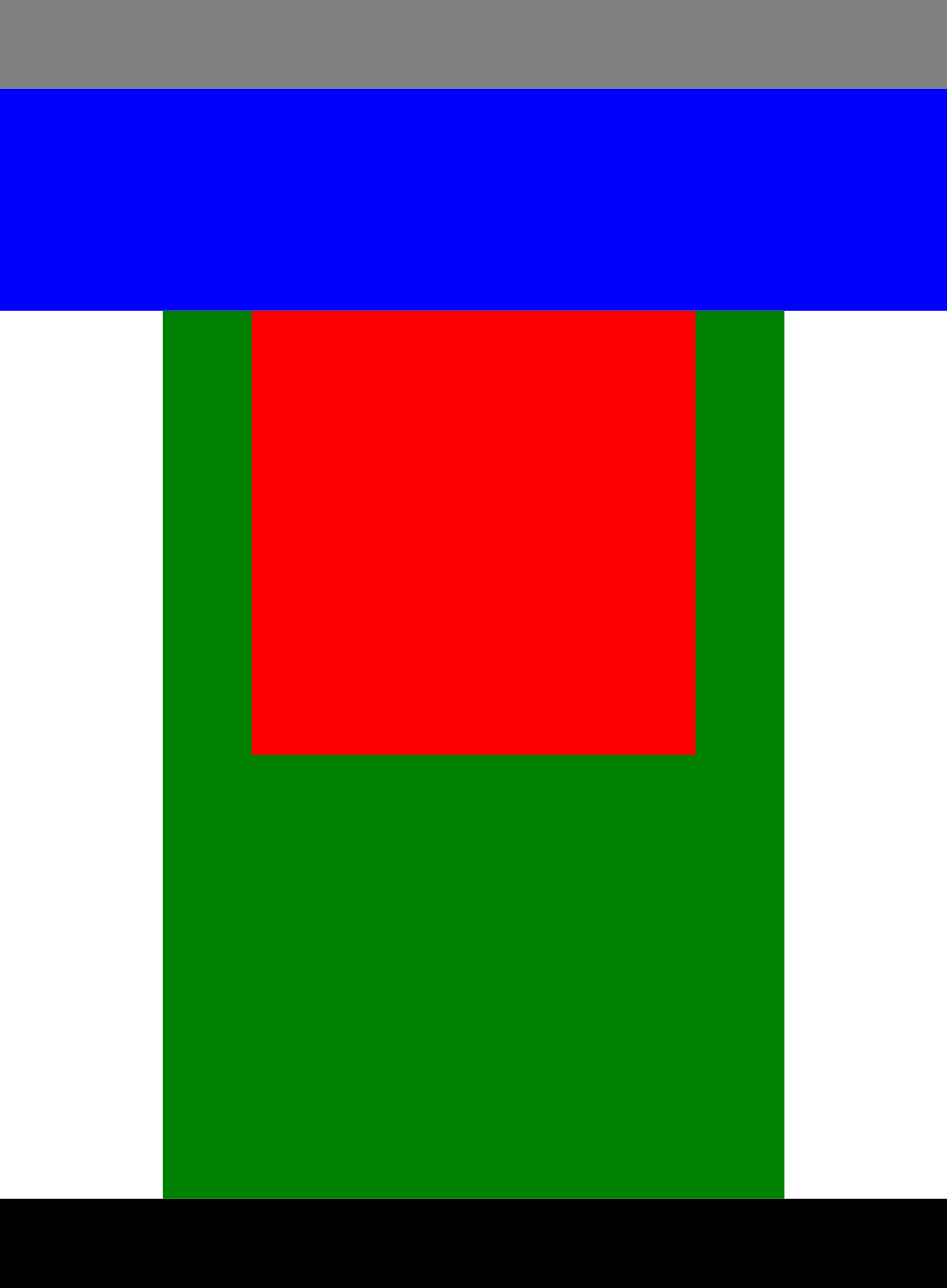
Repository: yukito7878/HTML-CSS-practice
Page: caravan/index.html
The author's editor kept a record of every edit. The page is drawn from the files as they stood at one moment, then again after the next edit.
The browser window is 1280 px wide. The pictures show the whole page, at 74% of full size.

Above is the page before.

After the next edit:
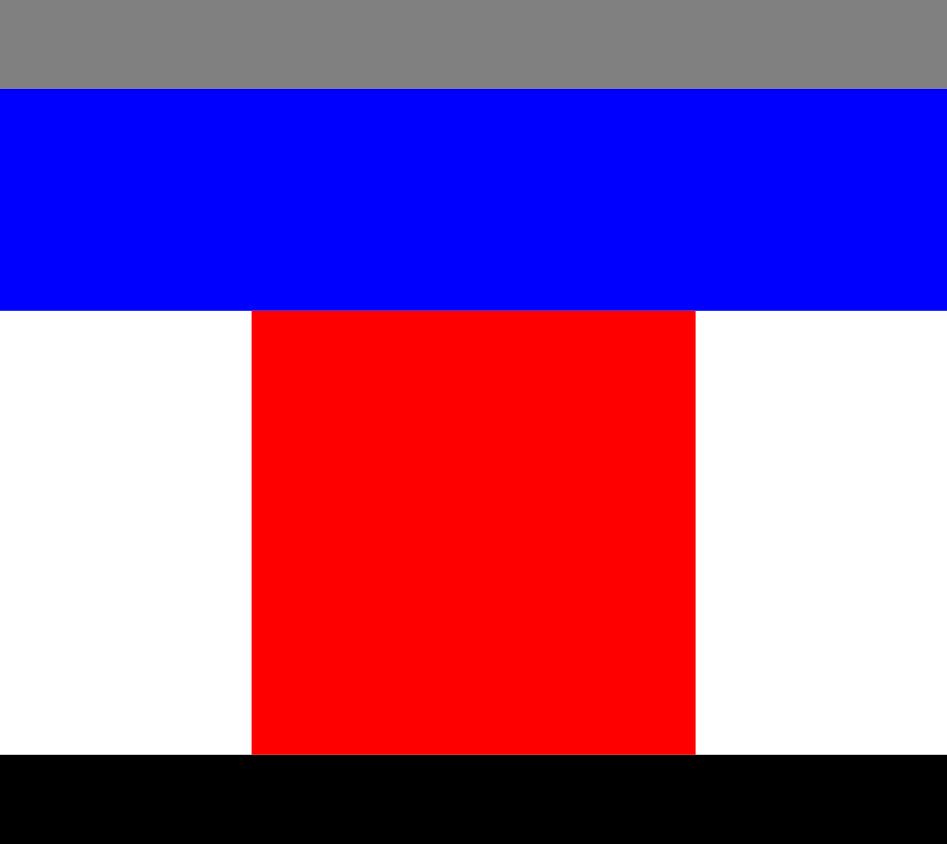
The edit:
--- a/caravan/style1.css
+++ b/caravan/style1.css
@@ -36,8 +36,6 @@
 
 .main{
   width: 840px;
-  height: 1200px;
-  background-color: green;
   display: flex;
   justify-content: center;
   margin: 0 auto;
